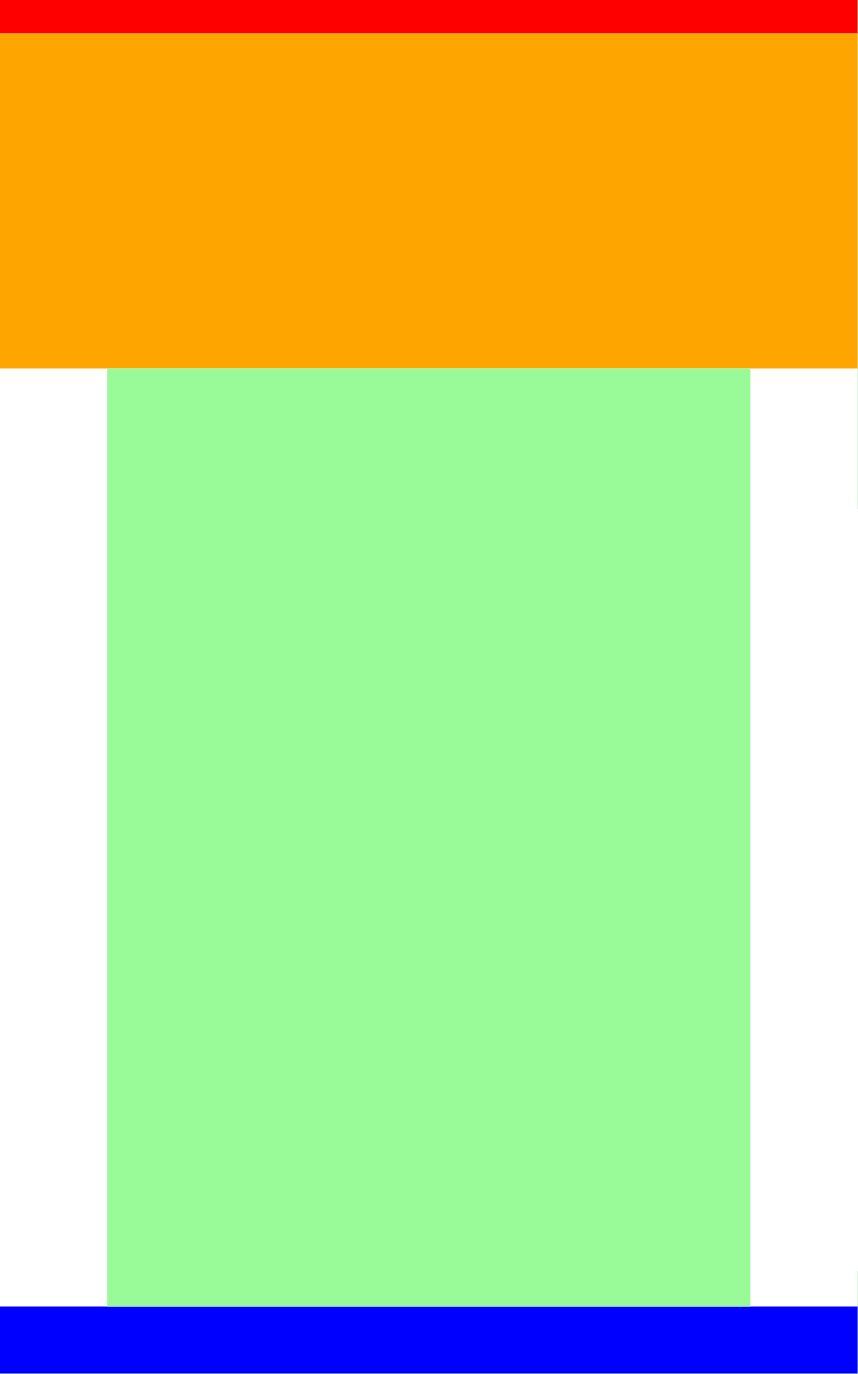
Repository: TsuKou/MainContents
Page: chapter4/index.html
The author's editor kept a record of every edit. The page is drawn from the files as they stood at one moment, then again after the next edit.
The browser window is 1280 px wide. The pictures show the whole page, at 67% of full size.

Above is the page before.

After the next edit:
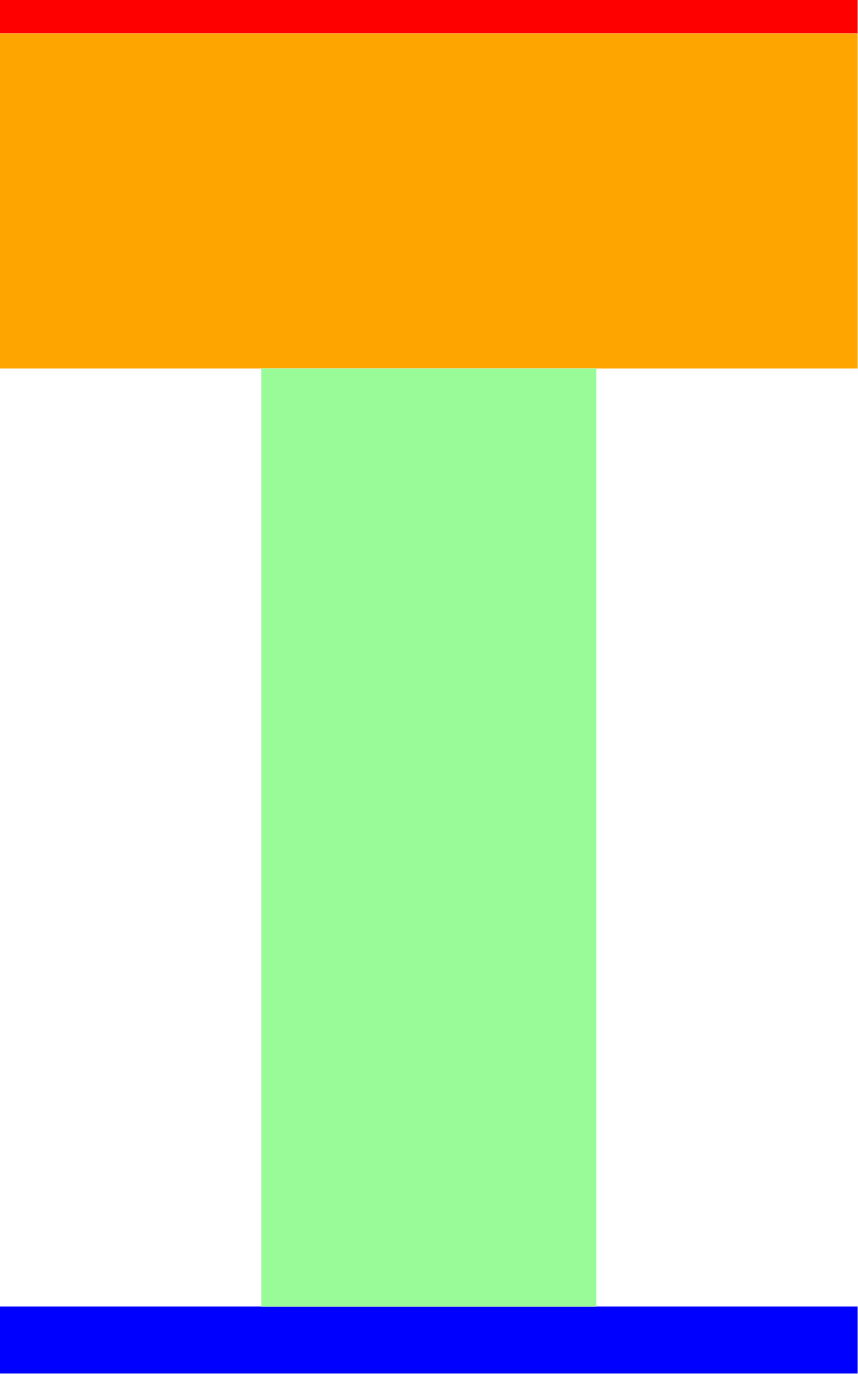
The edit:
--- a/chapter4/style.css
+++ b/chapter4/style.css
@@ -24,7 +24,7 @@
 }
 
 .blog {
-  width: 960px;
+  width: 500px;
   height: 1400px;
   background-color: palegreen;
 }
